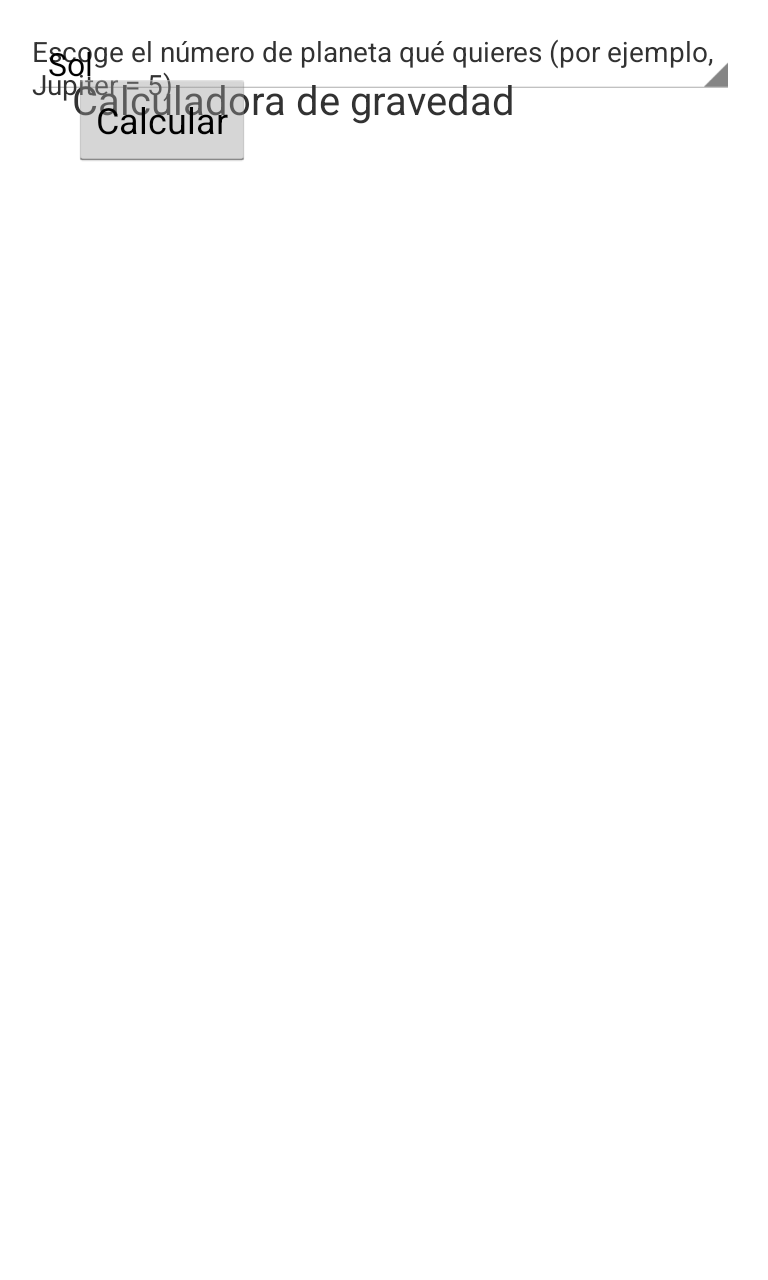
Repository: Jumax9/myPersonalNewton
Layout: MyPersonalNewton/res/layout/activity_main.xml
The author's editor kept a copy of each file at every save. The layout is drawn from the files as they stood at one save, then again after the next save.
It is drawn on a 768 x 1280 px phone screen (xhdpi) without system bars, with theme AppTheme; the app's code is not run.

Above is the layout before, as saved 2014-03-15 00:30:40.

After the next save:
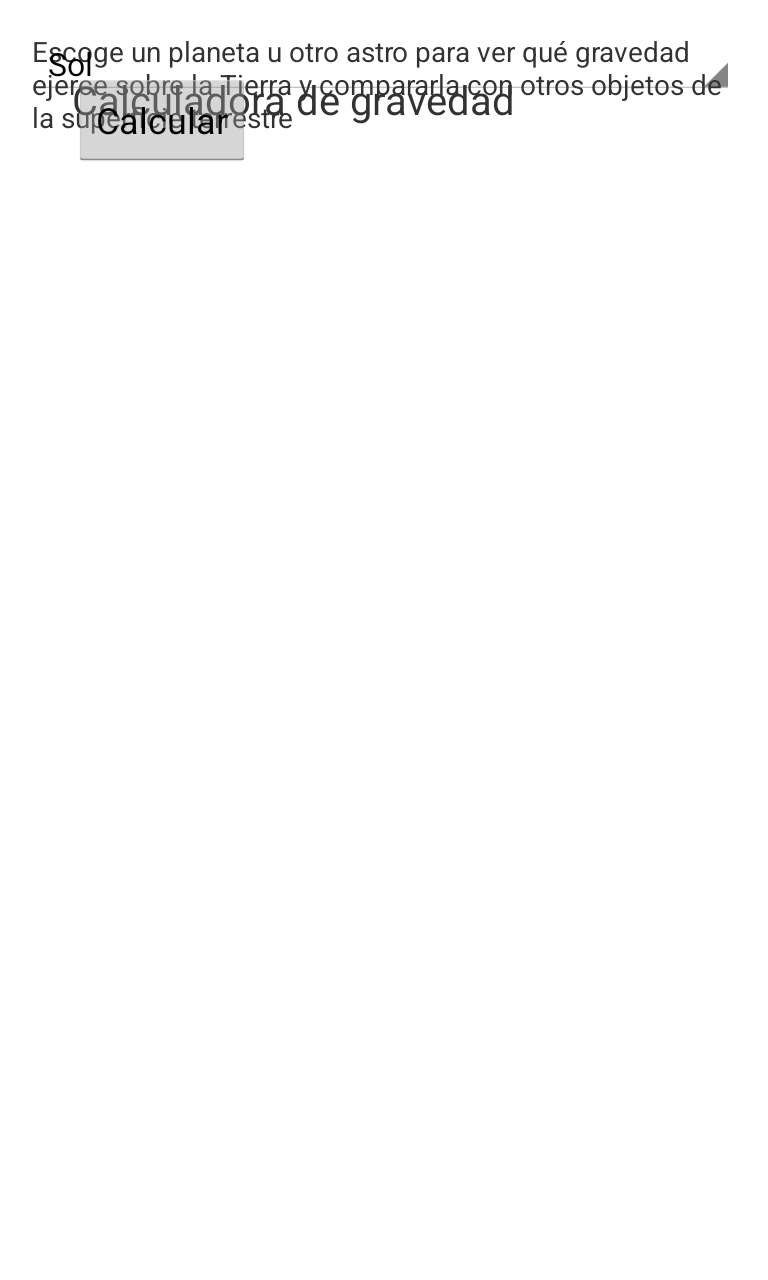
Saved 34 s later.
--- a/MyPersonalNewton/res/values/strings.xml
+++ b/MyPersonalNewton/res/values/strings.xml
@@ -9,7 +9,7 @@
     <string name="calcular">Calcular</string>
     <string name="resultado">Resultado</string>
     <string name="jupiter">Jupiter</string>
-    <string name="astro">Escoge el número de planeta qué quieres (por ejemplo, Jupiter = 5)</string>
+    <string name="astro">Escoge un planeta u otro astro para ver qué gravedad ejerce sobre la Tierra y compararla con otros objetos de la superficie terrestre</string>
     <string name="app_name">MyAndroidApp</string>
     <string name="planet_prompt">Elige un astro</string>
 
